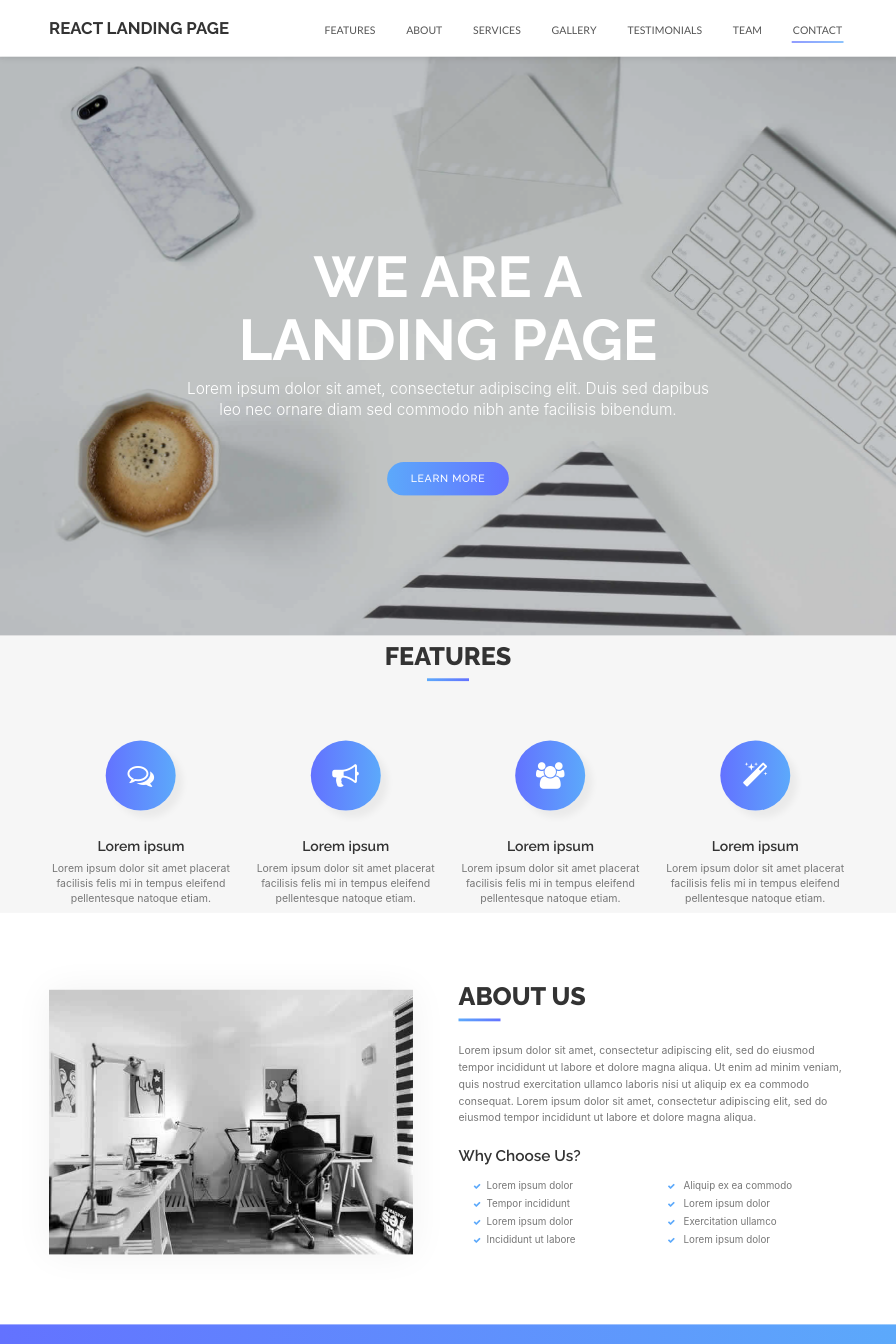
Repository: andrealepori/digitize-reactapp
Page: /
The author's editor kept a copy of each file at every save. The page is drawn from the files as they stood at one save, then again after a run of saves.
The browser window is 1280 px wide. The pictures show the part of the page from y = 0 to 1920 px (the page is 6307 px tall), at 70% of full size.
The project was rebuilt for these pictures with package versions that can differ from the ones it lists, and the page was loaded fresh each time.

Above is the page before, as saved 2021-09-21 09:37:41.

### public/index.html
<head>
  <meta charset="utf-8" />
  <meta name="viewport" content="width=device-width, initial-scale=1" />
  <link rel="shortcut icon" href="img/favicon.ico" type="image/x-icon" />
  <link rel="apple-touch-icon" href="img/apple-touch-icon.png" />
  <link
    rel="apple-touch-icon"
    sizes="72x72"
    href="img/apple-touch-icon-72x72.png"
  />
  <link
    rel="apple-touch-icon"
    sizes="114x114"
    href="img/apple-touch-icon-114x114.png"
  />

  <link rel="stylesheet" type="text/css" href="css/bootstrap.css" />
  <link
    rel="stylesheet"
    type="text/css"
    href="fonts/font-awesome/css/font-awesome.css"
  />
  <link rel="stylesheet" type="text/css" href="css/style.css" />
  <link
    rel="stylesheet"
    type="text/css"
    href="css/nivo-lightbox/nivo-lightbox.css"
  />
  <link rel="stylesheet" type="text/css" href="css/nivo-lightbox/default.css" />
  <link
    href="https://fonts.googleapis.com/css?family=Open+Sans:300,400,600,700"
    rel="stylesheet"
  />
  <link
    href="https://fonts.googleapis.com/css?family=Lato:400,700"
    rel="stylesheet"
  />
  <link
    href="https://fonts.googleapis.com/css?family=Raleway:300,400,500,600,700,800,900"
    rel="stylesheet"
  />
  <title>DIGIZONE</title>
  <meta name="description" content="" />
  <meta name="author" content="@andrealepori" />
</head>

<body id="page-top" data-spy="scroll" data-target=".navbar-fixed-top">
  <div id="root"></div>
  <script type="text/javascript" src="js/jquery.1.11.1.js"></script>
  <script type="text/javascript" src="js/bootstrap.js"></script>
</body>

### src/components/navigation.jsx
export const Navigation = (props) => {
  return (
    <nav id='menu' className='navbar navbar-default navbar-fixed-top'>
      <div className='container'>
        <div className='navbar-header'>
          <button
            type='button'
            className='navbar-toggle collapsed'
            data-toggle='collapse'
            data-target='#bs-example-navbar-collapse-1'
          >
            {' '}
            <span className='sr-only'>DIGIZONE</span>{' '}
            <span className='icon-bar'></span>{' '}
            <span className='icon-bar'></span>{' '}
            <span className='icon-bar'></span>{' '}
          </button>
          <a className='navbar-brand page-scroll' href='#page-top'>
            React Landing Page
          </a>{' '}
        </div>

        <div
          className='collapse navbar-collapse'
          id='bs-example-navbar-collapse-1'
        >
          <ul className='nav navbar-nav navbar-right'>
            <li>
              <a href='#features' className='page-scroll'>
                Features
              </a>
            </li>
            <li>
              <a href='#about' className='page-scroll'>
                About
              </a>
            </li>
            <li>
              <a href='#services' className='page-scroll'>
                Services
              </a>
            </li>
            <li>
              <a href='#portfolio' className='page-scroll'>
                Gallery
              </a>
            </li>
            <li>
              <a href='#testimonials' className='page-scroll'>
                Testimonials
              </a>
            </li>
            <li>
              <a href='#team' className='page-scroll'>
                Team
              </a>
            </li>
            <li>
              <a href='#contact' className='page-scroll'>
                Contact
              </a>
            </li>
          </ul>
        </div>
      </div>
    </nav>
  )
}

### src/components/header.jsx
export const Header = (props) => {
  return (
    <header id='header'>
      <div className='intro'>
        <div className='overlay'>
          <div className='container'>
            <div className='row'>
              <div className='col-md-8 col-md-offset-2 intro-text'>
                <h1>
                  {props.data ? props.data.title : 'Loading'}
                  <span></span>
                </h1>
                <p>{props.data ? props.data.paragraph : 'Loading'}</p>
                <a
                  href='#features'
                  className='btn btn-custom btn-lg page-scroll'
                >
                  Learn More
                </a>{' '}
              </div>
            </div>
          </div>
        </div>
      </div>
    </header>
  )
}

### src/components/about.jsx
export const About = (props) => {
  return (
    <div id="about">
      <div className="container">
        <div className="row">
          <div className="col-xs-12 col-md-6">
            {" "}
            <img src="img/about.jpg" className="img-responsive" alt="" />{" "}
          </div>
          <div className="col-xs-12 col-md-6">
            <div className="about-text">
              <h2>About Us</h2>
              <p>{props.data ? props.data.paragraph : "loading..."}</p>
              <h3>Why Choose Us?</h3>
              <div className="list-style">
                <div className="col-lg-6 col-sm-6 col-xs-12">
                  <ul>
                    {props.data
                      ? props.data.Why.map((d, i) => (
                          <li key={`${d}-${i}`}>{d}</li>
                        ))
                      : "loading"}
                  </ul>
                </div>
                <div className="col-lg-6 col-sm-6 col-xs-12">
                  <ul>
                    {props.data
                      ? props.data.Why2.map((d, i) => (
                          <li key={`${d}-${i}`}> {d}</li>
                        ))
                      : "loading"}
                  </ul>
                </div>
              </div>
            </div>
          </div>
        </div>
      </div>
    </div>
  );
};

### src/components/services.jsx
export const Services = (props) => {
  return (
    <div id='services' className='text-center'>
      <div className='container'>
        <div className='section-title'>
          <h2>Our Services</h2>
          <p>
            Lorem ipsum dolor sit amet, consectetur adipiscing elit duis sed
            dapibus leonec.
          </p>
        </div>
        <div className='row'>
          {props.data
            ? props.data.map((d, i) => (
                <div key={`${d.name}-${i}`} className='col-md-4'>
                  {' '}
                  <i className={d.icon}></i>
                  <div className='service-desc'>
                    <h3>{d.name}</h3>
                    <p>{d.text}</p>
                  </div>
                </div>
              ))
            : 'loading'}
        </div>
      </div>
    </div>
  )
}

### src/components/gallery.jsx
import { Image } from "./image";

export const Gallery = (props) => {
  return (
    <div id='portfolio' className='text-center'>
      <div className='container'>
        <div className='section-title'>
          <h2>Gallery</h2>
          <p>
            Lorem ipsum dolor sit amet, consectetur adipiscing elit duis sed
            dapibus leonec.
          </p>
        </div>
        <div className='row'>
          <div className='portfolio-items'>
            {props.data
              ? props.data.map((d, i) => (
                <div key={`${d.title}-${i}`} className='col-sm-6 col-md-4 col-lg-4'>
                  <Image title={d.title} largeImage={d.largeImage} smallImage={d.smallImage} />
                </div>
              ))
              : 'Loading...'}
          </div>
        </div>
      </div>
    </div>
  )
}

### src/components/testimonials.jsx
export const Testimonials = (props) => {
  return (
    <div id='testimonials'>
      <div className='container'>
        <div className='section-title text-center'>
          <h2>What our clients say</h2>
        </div>
        <div className='row'>
          {props.data
            ? props.data.map((d, i) => (
                <div key={`${d.name}-${i}`} className='col-md-4'>
                  <div className='testimonial'>
                    <div className='testimonial-image'>
                      {' '}
                      <img src={d.img} alt='' />{' '}
                    </div>
                    <div className='testimonial-content'>
                      <p>"{d.text}"</p>
                      <div className='testimonial-meta'> - {d.name} </div>
                    </div>
                  </div>
                </div>
              ))
            : 'loading'}
        </div>
      </div>
    </div>
  )
}

### src/components/Team.jsx
export const Team = (props) => {
  return (
    <div id='team' className='text-center'>
      <div className='container'>
        <div className='col-md-8 col-md-offset-2 section-title'>
          <h2>Meet the Team</h2>
          <p>
            Lorem ipsum dolor sit amet, consectetur adipiscing elit duis sed
            dapibus leonec.
          </p>
        </div>
        <div id='row'>
          {props.data
            ? props.data.map((d, i) => (
                <div key={`${d.name}-${i}`} className='col-md-3 col-sm-6 team'>
                  <div className='thumbnail'>
                    {' '}
                    <img src={d.img} alt='...' className='team-img' />
                    <div className='caption'>
                      <h4>{d.name}</h4>
                      <p>{d.job}</p>
                    </div>
                  </div>
                </div>
              ))
            : 'loading'}
        </div>
      </div>
    </div>
  )
}

### src/components/contact.jsx
import { useState } from 'react'
import emailjs from 'emailjs-com'

const initialState = {
  name: '',
  email: '',
  message: '',
}
export const Contact = (props) => {
  const [{ name, email, message }, setState] = useState(initialState)

  const handleChange = (e) => {
    const { name, value } = e.target
    setState((prevState) => ({ ...prevState, [name]: value }))
  }
  const clearState = () => setState({ ...initialState })

  const handleSubmit = (e) => {
    e.preventDefault()
    console.log(name, email, message)
    emailjs
      .sendForm(
        'YOUR_SERVICE_ID', 'YOUR_TEMPLATE_ID', e.target, 'YOUR_USER_ID'
      )
      .then(
        (result) => {
          console.log(result.text)
          clearState()
        },
        (error) => {
          console.log(error.text)
        }
      )
  }
  return (
    <div>
      <div id='contact'>
        <div className='container'>
          <div className='col-md-8'>
            <div className='row'>
              <div className='section-title'>
                <h2>Get In Touch</h2>
                <p>
                  Please fill out the form below to send us an email and we will
                  get back to you as soon as possible.
                </p>
              </div>
              <form name='sentMessage' validate onSubmit={handleSubmit}>
                <div className='row'>
                  <div className='col-md-6'>
                    <div className='form-group'>
                      <input
                        type='text'
                        id='name'
                        name='name'
                        className='form-control'
                        placeholder='Name'
                        required
                        onChange={handleChange}
                      />
                      <p className='help-block text-danger'></p>
                    </div>
                  </div>
                  <div className='col-md-6'>
                    <div className='form-group'>
                      <input
                        type='email'
                        id='email'
                        name='email'
                        className='form-control'
                        placeholder='Email'
                        required
                        onChange={handleChange}
                      />
                      <p className='help-block text-danger'></p>
                    </div>
                  </div>
                </div>
                <div className='form-group'>
                  <textarea
                    name='message'
                    id='message'
                    className='form-control'
                    rows='4'
                    placeholder='Message'
                    required
                    onChange={handleChange}
                  ></textarea>
                  <p className='help-block text-danger'></p>
                </div>
                <div id='success'></div>
                <button type='submit' className='btn btn-custom btn-lg'>
                  Send Message
                </button>
              </form>
            </div>
          </div>
          <div className='col-md-3 col-md-offset-1 contact-info'>
            <div className='contact-item'>
              <h3>Contact Info</h3>
              <p>
                <span>
                  <i className='fa fa-map-marker'></i> Address
                </span>
                {props.data ? props.data.address : 'loading'}
              </p>
            </div>
            <div className='contact-item'>
              <p>
                <span>
                  <i className='fa fa-phone'></i> Phone
                </span>{' '}
                {props.data ? props.data.phone : 'loading'}
              </p>
            </div>
            <div className='contact-item'>
              <p>
                <span>
                  <i className='fa fa-envelope-o'></i> Email
                </span>{' '}
                {props.data ? props.data.email : 'loading'}
              </p>
            </div>
          </div>
          <div className='col-md-12'>
            <div className='row'>
              <div className='social'>
                <ul>
                  <li>
                    <a href={props.data ? props.data.facebook : '/'}>
                      <i className='fa fa-facebook'></i>
                    </a>
                  </li>
                  <li>
                    <a href={props.data ? props.data.twitter : '/'}>
                      <i className='fa fa-twitter'></i>
                    </a>
                  </li>
                  <li>
                    <a href={props.data ? props.data.youtube : '/'}>
                      <i className='fa fa-youtube'></i>
                    </a>
                  </li>
                </ul>
              </div>
            </div>
          </div>
        </div>
      </div>
      <div id='footer'>
        <div className='container text-center'>
          <p>
            &copy; 2020 Issaaf Kattan React Land Page Template. Design by{' '}
            <a href='http://www.templatewire.com' rel='nofollow'>
              TemplateWire
            </a>
          </p>
        </div>
      </div>
    </div>
  )
}

### public/css/nivo-lightbox/default.css
/*
 * Nivo Lightbox Default Theme v1.0
 * http://dev7studios.com/nivo-lightbox
 *
 * Copyright 2013, Dev7studios
 * Free to use and abuse under the MIT license.
 * http://www.opensource.org/licenses/mit-license.php
 */

 .nivo-lightbox-theme-default * {
    -webkit-box-sizing: initial !important;
    -moz-box-sizing: initial !important;
    box-sizing: initial !important;
 }
.nivo-lightbox-theme-default.nivo-lightbox-overlay {
	background: #666;
	background: rgba(0,0,0,0.6);
}
.nivo-lightbox-theme-default .nivo-lightbox-content.nivo-lightbox-loading { background: url(loading.gif) no-repeat 50% 50%; }

.nivo-lightbox-theme-default .nivo-lightbox-nav {
	top: 10%;
	width: 8%;
	height: 80%;
	text-indent: -9999px;
	background-repeat: no-repeat;
	background-position: 50% 50%;
	opacity: 0.5;
}
.nivo-lightbox-theme-default .nivo-lightbox-nav:hover {
	opacity: 1;
	background-color: transparent;
}
.nivo-lightbox-theme-default .nivo-lightbox-prev {
	background-image: url(prev.png);
	border-radius: 0 3px 3px 0;
}
.nivo-lightbox-theme-default .nivo-lightbox-next {
	background-image: url(next.png);
	border-radius: 3px 0 0 3px;
}

.nivo-lightbox-theme-default .nivo-lightbox-close {
	display: block;
	background: url(close.png) no-repeat 5px 5px;
	width: 16px;
	height: 16px;
	text-indent: -9999px;
	padding: 5px;
	opacity: 0.5;
}
.nivo-lightbox-theme-default .nivo-lightbox-close:hover { opacity: 1; }

.nivo-lightbox-theme-default .nivo-lightbox-title-wrap { bottom: -7%; }
.nivo-lightbox-theme-default .nivo-lightbox-title {
	font: 14px/20px 'Helvetica Neue', Helvetica, Arial, sans-serif;
	font-style: normal;
	font-weight: normal;
	background: #000;
	color: #fff;
	padding: 7px 15px;
	border-radius: 30px;
}

.nivo-lightbox-theme-default .nivo-lightbox-image img {
	background: #fff;
	-webkit-box-shadow: 0px 1px 1px rgba(0,0,0,0.4);
	   -moz-box-shadow: 0px 1px 1px rgba(0,0,0,0.4);
	        box-shadow: 0px 1px 1px rgba(0,0,0,0.4);
}
.nivo-lightbox-theme-default .nivo-lightbox-ajax,
.nivo-lightbox-theme-default .nivo-lightbox-inline {
	background: #fff;
	padding: 40px;
	-webkit-box-shadow: 0px 1px 1px rgba(0,0,0,0.4);
	   -moz-box-shadow: 0px 1px 1px rgba(0,0,0,0.4);
	        box-shadow: 0px 1px 1px rgba(0,0,0,0.4);
}

@media (-webkit-min-device-pixel-ratio: 1.3),
       (-o-min-device-pixel-ratio: 2.6/2),
       (min--moz-device-pixel-ratio: 1.3),
       (min-device-pixel-ratio: 1.3),
       (min-resolution: 1.3dppx) {

	.nivo-lightbox-theme-default .nivo-lightbox-content.nivo-lightbox-loading {
		background-image: url(loading@2x.gif);
		background-size: 32px 32px;
	}
	.nivo-lightbox-theme-default .nivo-lightbox-prev {
		background-image: url(prev@2x.png);
		background-size: 48px 48px;
	}
	.nivo-lightbox-theme-default .nivo-lightbox-next {
		background-image: url(next@2x.png);
		background-size: 48px 48px;
	}
	.nivo-lightbox-theme-default .nivo-lightbox-close {
		background-image: url(close@2x.png);
		background-size: 16px 16px;
	}

}

Loaded but not shown: src/index.js (common file); src/index.css (common file); src/App.jsx (common file); src/serviceWorker.js (common file); src/components/features.jsx (common file); src/data/data.json (common file); src/App.css (common file); src/components/image.jsx (common file); public/css/bootstrap.css (library); public/fonts/font-awesome/css/font-awesome.css (library); public/js/jquery.1.11.1.js (library); public/js/bootstrap.js (library); public/css/style.css (606 lines, source omitted); public/css/nivo-lightbox/nivo-lightbox.css (205 lines, source omitted)

After the next 2 saves:
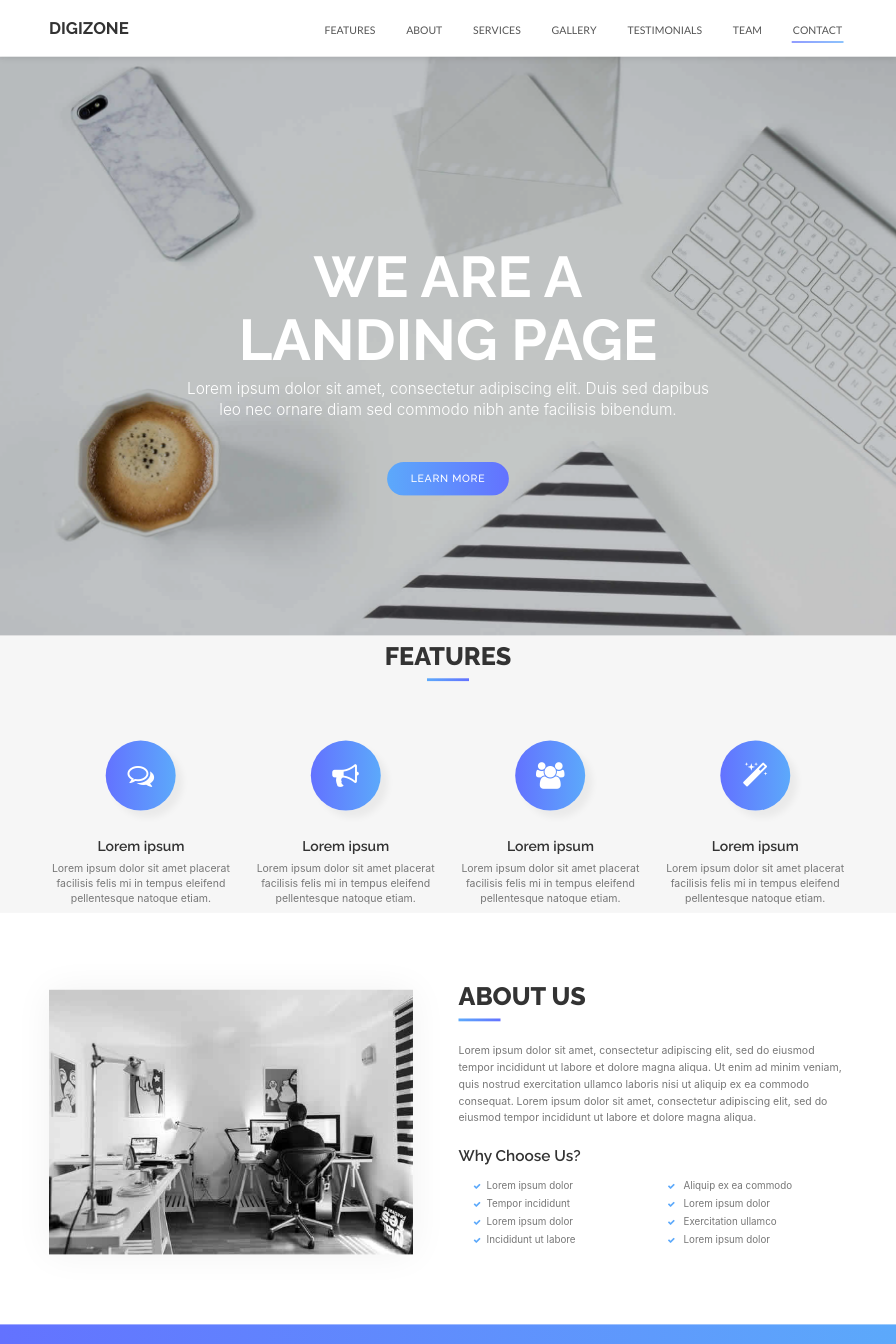
The 2 saves are shown as one change because they came seconds apart.
The last was saved 8 s later.
--- a/src/components/navigation.jsx
+++ b/src/components/navigation.jsx
@@ -10,13 +10,13 @@ export const Navigation = (props) => {
             data-target='#bs-example-navbar-collapse-1'
           >
             {' '}
-            <span className='sr-only'>DIGIZONE</span>{' '}
+            <span className='sr-only'>Toggle navigation</span>{' '}
             <span className='icon-bar'></span>{' '}
             <span className='icon-bar'></span>{' '}
             <span className='icon-bar'></span>{' '}
           </button>
           <a className='navbar-brand page-scroll' href='#page-top'>
-            React Landing Page
+          DIGIZONE
           </a>{' '}
         </div>
 
